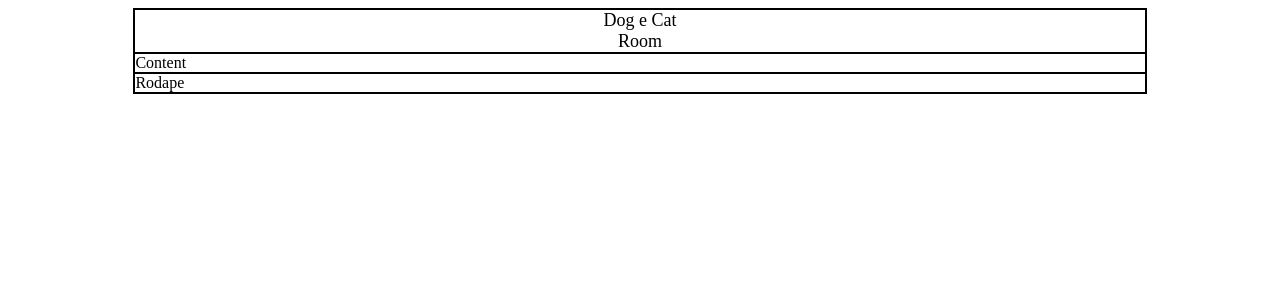
Repository: Natanzx/DogECatRoom
Page: http://localhost/DogECatRoom/login.jsp
An editor plug-in stored every save of this project. The page is shown before and after the next save, followed by the edit.
The browser window is 1280 px wide. The pictures show the whole page.
The page is served by Tomcat 9. Other server files are loaded and not shown.

Above is the page before, as saved 2016-05-15 18:15:32.

### DogECatRoom/WebContent/login.jsp
<%@ page language="java" contentType="text/html; charset=ISO-8859-1"
    pageEncoding="ISO-8859-1"%>
<!DOCTYPE html PUBLIC "-//W3C//DTD HTML 4.01 Transitional//EN" "http://www.w3.org/TR/html4/loose.dtd">
<html>
<head>
	<meta http-equiv="Content-Type" content="text/html; charset=ISO-8859-1">
	<title>Efetuar Login</title>

	<link rel="stylesheet" type="text/css" href="/DogECatRoom/bibliotecas/css/estilos.css">
</head>
<body>
	<div class="divMargin">
		<div style="text-align: center; font-size: 18px; font-family: "Century Gothic";>
			Dog e Cat
			<br>
			Room
		</div>

		<div>
			Content
		</div>

		<div>
			Rodape
		</div>
	</div>
</body>
</html>

### DogECatRoom/WebContent/bibliotecas/css/estilos.css
@CHARSET "ISO-8859-1";

div {

	border				: 1px solid black;
}

.divMargin{
	width				: 80%;
	margin				: auto;

}

After the next save:
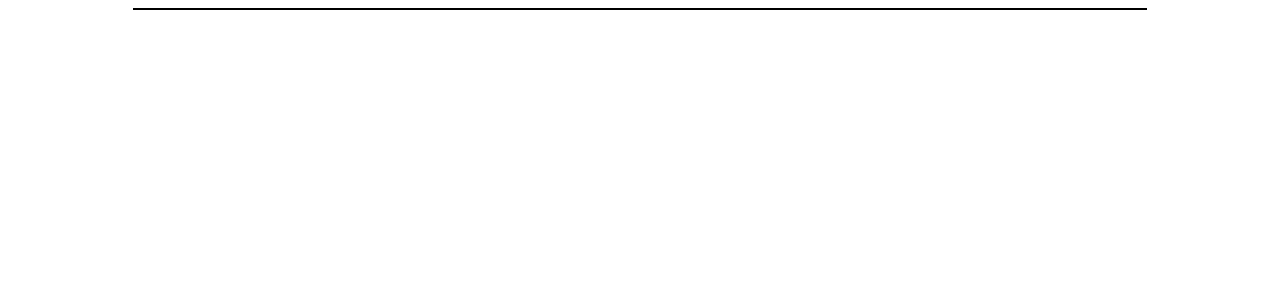
Saved 57 s later.
--- a/DogECatRoom/WebContent/login.jsp
+++ b/DogECatRoom/WebContent/login.jsp
@@ -10,7 +10,7 @@
 </head>
 <body>
 	<div class="divMargin">
-		<div style="text-align: center; font-size: 18px; font-family: "Century Gothic";>
+		<div style="text-align: center; font-size: 18px; font-family: Century Gothic;>
 			Dog e Cat
 			<br>
 			Room

After the save that followed:
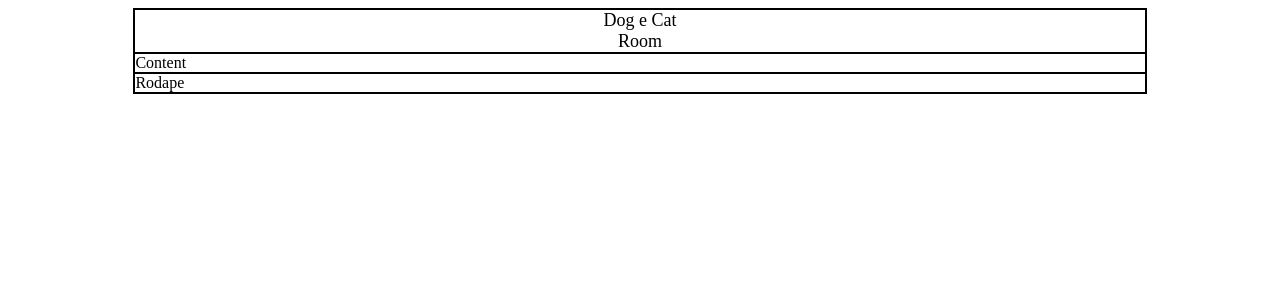
Saved 20 s later.
--- a/DogECatRoom/WebContent/login.jsp
+++ b/DogECatRoom/WebContent/login.jsp
@@ -10,7 +10,7 @@
 </head>
 <body>
 	<div class="divMargin">
-		<div style="text-align: center; font-size: 18px; font-family: Century Gothic;>
+		<div style="text-align: center; font-size: 18px; font-family: Century Gothic";>
 			Dog e Cat
 			<br>
 			Room
